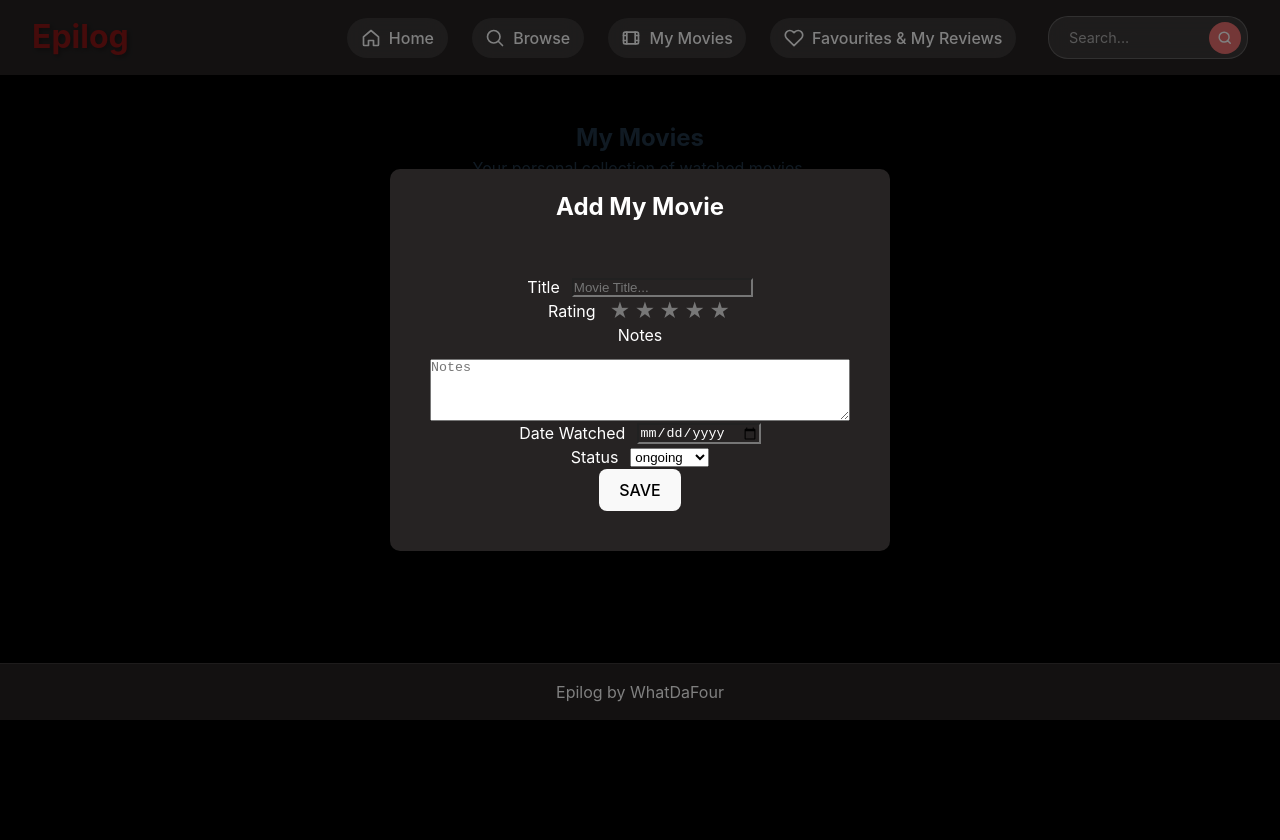
Repository: primcharlin/COMP3170_Epilog
Page: /my-movies, after clicking the first element matching `div.page-section > button`
These files come from the project's save history. The page is drawn as it stood at one moment and after the next save; the edit follows.
The browser window is 1280 px wide. The pictures show the whole page.
The project was rebuilt for these pictures with package versions that can differ from the ones it lists, and the page was loaded fresh each time. Also part of the build but not shown: vite.config.js, src/pages/Home.jsx, src/pages/Browse.jsx, src/pages/FavouritesReviews.jsx.

Above is the page before, as saved 2025-10-05 10:23:37.

### index.html
<!doctype html>
<html lang="en">
  <head>
    <meta charset="UTF-8" />
    <link rel="icon" type="image/svg+xml" href="/vite.svg" />
    <meta name="viewport" content="width=device-width, initial-scale=1.0" />
    <title>Epilog</title>
  </head>
  <body>
    <div id="root"></div>
    <script type="module" src="/src/main.jsx"></script>
  </body>
</html>

### src/App.jsx
import "./App.css";
import Header from "./components/Header";
import Footer from "./components/Footer";
import { BrowserRouter, Routes, Route } from "react-router-dom";
import Home from "./pages/Home";
import Browse from "./pages/Browse";
import MyMovies from "./pages/MyMovies";
import FavouritesReviews from "./pages/FavouritesReviews";

function App() {
    return (
        <BrowserRouter>
            <div className='page'>
                <Header />
                <Routes>
                    <Route
                        path='/'
                        element={<Home />}
                    />
                    <Route
                        path='/browse'
                        element={<Browse />}
                    />
                    <Route
                        path='/my-movies'
                        element={<MyMovies />}
                    />
                    <Route
                        path='/favourites-myreviews'
                        element={<FavouritesReviews />}
                    />
                </Routes>
                <Footer />
            </div>
        </BrowserRouter>
    );
}

export default App;

### src/App.css
#root {
    margin: 0;
    padding: 0;
    width: 100%;
    min-height: 100vh;
}

* {
    margin: 0;
    padding: 0;
    box-sizing: border-box;
}

body {
    margin: 0;
    padding-top: 120px; /* Add padding to account for fixed header */
    font-family: -apple-system, BlinkMacSystemFont, "Segoe UI", "Roboto",
        "Oxygen", "Ubuntu", "Cantarell", "Fira Sans", "Droid Sans",
        "Helvetica Neue", sans-serif;
    -webkit-font-smoothing: antialiased;
    -moz-osx-font-smoothing: grayscale;
    text-align: center;
    background-color: #000000;
    min-height: 100vh;
}

.page {
    min-height: calc(100vh - 120px); /* account for fixed header padding */
    display: flex;
    flex-direction: column;
}

/* Footer Styles */
.footer {
    margin-top: 4rem;
    background: #262323;
    color: white;
    padding: 1rem 2rem;
    text-align: center;
    border-top: 1px solid rgba(255, 255, 255, 0.1);
    margin-top: auto;
}

/* Header Styles */
.header {
    background: #262323;
    color: white;
    padding: 1rem 2rem;
    width: 100%;
    display: flex;
    flex-direction: row;
    justify-content: space-between;
    align-items: center;
    box-shadow: 0 2px 10px rgba(0, 0, 0, 0.1);
    position: fixed;
    top: 0;
    left: 0;
    z-index: 1000;
}

.header h1 {
    margin: 0;
    font-size: 2rem;
    font-weight: 700;
    color: #8b1616;
    text-shadow: 2px 2px 4px rgba(0, 0, 0, 0.3);
}

.header-right {
    display: flex;
    align-items: center;
    gap: 2rem;
}

.header nav ul {
    list-style: none;
    padding: 0;
    margin: 0;
    display: flex;
    gap: 1.5rem;
}

.header nav ul li a {
    color: white;
    text-decoration: none;
    font-weight: 500;
    padding: 0.5rem 0.85rem;
    border-radius: 25px;
    transition: all 0.3s ease;
    background: rgba(255, 255, 255, 0.1);
    backdrop-filter: blur(10px);
    display: inline-flex;
    align-items: center;
    gap: 0.5rem;
}

.header nav ul li a:hover {
    background: rgba(255, 255, 255, 0.2);
    transform: translateY(-2px);
    box-shadow: 0 4px 15px rgba(0, 0, 0, 0.2);
}

.header nav ul li a svg {
    width: 20px;
    height: 20px;
    color: currentColor;
}

/* Header Search Bar Styles */
.header-search-container {
    display: flex;
    align-items: center;
}

.header-search-form {
    width: 100%;
}

.header-search-wrapper {
    position: relative;
    display: flex;
    align-items: center;
    background: rgba(255, 255, 255, 0.1);
    border-radius: 20px;
    padding: 0.25rem 0.5rem;
    backdrop-filter: blur(10px);
    border: 1px solid rgba(255, 255, 255, 0.2);
    transition: all 0.3s ease;
    width: 200px;
    min-height: 36px;
}

.header-search-wrapper:focus-within {
    background: rgba(255, 255, 255, 0.15);
    border-color: #e96e6e;
    box-shadow: 0 0 10px rgba(233, 110, 110, 0.3);
}

.header-search-input {
    flex: 1;
    background: transparent;
    border: none;
    outline: none;
    color: white;
    font-size: 0.9rem;
    padding: 0.5rem 2.25rem 0.5rem 0.75rem; /* add right padding for button */
    font-family: inherit;
}

.header-search-input::placeholder {
    color: rgba(255, 255, 255, 0.6);
}

.header-search-button {
    position: absolute;
    right: 6px;
    top: 50%;
    transform: translateY(-50%);
    background: #e96e6e;
    border: none;
    border-radius: 999px;
    width: 32px;
    height: 32px;
    aspect-ratio: 1 / 1;
    padding: 0;
    display: flex;
    align-items: center;
    justify-content: center;
    cursor: pointer;
    transition: all 0.3s ease;
    color: white;
}

.header-search-button svg {
    width: 14px;
    height: 14px;
    color: inherit;
}
.header-search-button svg path {
    stroke: #ffffff;
    fill: none;
    stroke-width: 2.5;
}

.header-search-button:hover {
    background: #d55a5a;
}

.header-search-button:active {
    transform: scale(0.95);
}

h1 {
    margin-top: 4rem;
    font-size: 4rem;
    font-weight: 700;
    color: white;
    text-shadow: 2px 2px 4px rgba(0, 0, 0, 0.3);
    line-height: 1.2;
}

.catalog-text {
    color: #e96e6e;
}

h3 {
    margin-top: 2rem;
    font-size: 1.2rem;
    font-weight: 400;
    color: #aaaaaa;
    text-align: center;
    line-height: 1.6;
    max-width: 600px;
    margin-left: auto;
    margin-right: auto;
}

/* Search Bar Styles */
.search-bar-container {
    margin-top: 3rem;
    display: flex;
    justify-content: center;
    align-items: center;
}

.search-form {
    width: 100%;
    max-width: 500px;
}

.search-input-wrapper {
    position: relative;
    display: flex;
    align-items: center;
    background: rgba(255, 255, 255, 0.1);
    border-radius: 25px;
    padding: 0.5rem;
    backdrop-filter: blur(10px);
    border: 1px solid rgba(255, 255, 255, 0.2);
    transition: all 0.3s ease;
}

.search-input-wrapper:focus-within {
    background: rgba(255, 255, 255, 0.15);
    border-color: #e96e6e;
    box-shadow: 0 0 20px rgba(233, 110, 110, 0.3);
}

.search-input {
    flex: 1;
    background: transparent;
    border: none;
    outline: none;
    color: white;
    font-size: 1rem;
    padding: 0.75rem 1rem;
    font-family: inherit;
}

.search-input::placeholder {
    color: rgba(255, 255, 255, 0.6);
}

.search-button {
    background: #e96e6e;
    border: none;
    border-radius: 999px;
    width: 56px;
    height: 56px;
    display: flex;
    align-items: center;
    justify-content: center;
    cursor: pointer;
    transition: all 0.3s ease;
    color: white;
}

.search-button svg {
    width: 36px;
    height: 36px;
    color: inherit;
    display: block; /* avoid inline baseline shifting */
}
.search-button svg path {
    stroke: #ffffff;
    fill: none;
    stroke-width: 2.5;
}

.search-button:hover {
    background: #d55a5a;
    transform: scale(1.05);
}

.search-button:active {
    transform: scale(0.95);
}

/* Modal Styles */
.modal-backdrop {
    position: fixed;
    top: 0;
    left: 0;
    width: 100%;
    height: 100%;
    background-color: rgba(0, 0, 0, 0.5);
    display: flex;
    align-items: center;
    justify-content: center;
    z-index: 2000;
}

.modal-content {
    background-color: #262323;
    color: white;
    border-radius: 10px;
    padding: 20px;
    max-width: 500px;
    margin: 0 auto;
    width: 90%;
}

.modal-header {
    border-bottom: none;
    padding-bottom: 10px;
    margin-bottom: 20px;
}

.modal-body {
    padding: 20px;
}

/* Form Styles */
.form-container {
    display: flex;
    flex-direction: column;
    gap: 20px;
}

.form-control input {
    background-color: #262323;
    color: white;
}

.form-control {
    display: flex;
    align-items: center;
    justify-content: center;
    gap: 12px;
}

.form-control label {
    display: block;
}

.form-control--stack {
    flex-direction: column;
    align-items: stretch;
}

/* Rating styles */
.rating-group {
    display: flex;
    gap: 0;
}

.rating-star {
    background: transparent;
    border: none;
    cursor: pointer;
    font-size: 1.25rem;
    color: #777777;
    padding: 2px;
    line-height: 1;
}

.rating-star.active {
    color: #e6b800;
}

### src/components/Header.jsx
import React from "react";
import { Link } from "react-router-dom";
import HeaderSearchBar from "./HeaderSearchBar";

const Header = () => {
    return (
        <header className='header'>
            <h1>Epilog</h1>
            <div className='header-right'>
                <nav>
                    <ul>
                        <li>
                            <Link to='/'>
                                {/* Home icon */}
                                <svg
                                    width='20'
                                    height='20'
                                    viewBox='0 0 24 24'
                                    fill='none'
                                    xmlns='http://www.w3.org/2000/svg'>
                                    <path
                                        d='M3 10.75L12 3l9 7.75V20a1 1 0 0 1-1 1h-5v-6H9v6H4a1 1 0 0 1-1-1v-9.25Z'
                                        stroke='currentColor'
                                        strokeWidth='2'
                                        strokeLinecap='round'
                                        strokeLinejoin='round'
                                    />
                                </svg>
                                <span>Home</span>
                            </Link>
                        </li>
                        <li>
                            <Link to='/browse'>
                                {/* Browse (search) */}
                                <svg
                                    width='20'
                                    height='20'
                                    viewBox='0 0 24 24'
                                    fill='none'
                                    xmlns='http://www.w3.org/2000/svg'>
                                    <path
                                        d='M21 21l-4.5-4.5M18 10.5a7.5 7.5 0 1 1-15 0 7.5 7.5 0 0 1 15 0Z'
                                        stroke='currentColor'
                                        strokeWidth='2'
                                        strokeLinecap='round'
                                        strokeLinejoin='round'
                                    />
                                </svg>
                                <span>Browse</span>
                            </Link>
                        </li>
                        <li>
                            <Link to='/my-movies'>
                                {/* My Movies (film) */}
                                <svg
                                    width='20'
                                    height='20'
                                    viewBox='0 0 24 24'
                                    fill='none'
                                    xmlns='http://www.w3.org/2000/svg'>
                                    <rect
                                        x='3'
                                        y='5'
                                        width='18'
                                        height='14'
                                        rx='2'
                                        stroke='currentColor'
                                        strokeWidth='2'
                                    />
                                    <path
                                        d='M7 5v14M17 5v14M3 9h4M17 9h4M3 15h4M17 15h4'
                                        stroke='currentColor'
                                        strokeWidth='2'
                                        strokeLinecap='round'
                                    />
                                </svg>
                                <span>My Movies</span>
                            </Link>
                        </li>
                        <li>
                            <Link to='/favourites-myreviews'>
                                {/* Favourites & My Reviews (heart) */}
                                <svg
                                    width='20'
                                    height='20'
                                    viewBox='0 0 24 24'
                                    fill='none'
                                    xmlns='http://www.w3.org/2000/svg'>
                                    <path
                                        d='M20.84 4.61a5.5 5.5 0 0 0-7.78 0L12 5.67l-1.06-1.06a5.5 5.5 0 0 0-7.78 7.78L12 21.23l8.84-8.84a5.5 5.5 0 0 0 0-7.78Z'
                                        stroke='currentColor'
                                        strokeWidth='2'
                                        strokeLinecap='round'
                                        strokeLinejoin='round'
                                    />
                                </svg>
                                <span>Favourites & My Reviews</span>
                            </Link>
                        </li>
                    </ul>
                </nav>
                <HeaderSearchBar />
            </div>
        </header>
    );
};

export default Header;

### src/components/Footer.jsx
import React from "react";

const Footer = () => {
    return (
        <footer className='footer'>
            <p>Epilog by WhatDaFour</p>
        </footer>
    );
};

export default Footer;

### src/pages/MyMovies.jsx
import React, { useState } from "react";
import Modal from "../components/Modal";
import AddMyMovie from "../components/AddMyMovie";

const MyMovies = () => {
    const [isAddModalOpen, setIsAddModalOpen] = useState(false);

    return (
        <div className='page-section'>
            <h2>My Movies</h2>
            <p>Your personal collection of watched movies.</p>
            <button onClick={() => setIsAddModalOpen(true)}>Add</button>

            <Modal
                isOpen={isAddModalOpen}
                onClose={() => setIsAddModalOpen(false)}
                title="Add My Movie"
            >
                <AddMyMovie />
            </Modal>
        </div>
    );
};

export default MyMovies;

### src/components/HeaderSearchBar.jsx
import React, { useState } from "react";

const HeaderSearchBar = () => {
    const [searchTerm, setSearchTerm] = useState("");

    const handleSearch = (e) => {
        e.preventDefault();
        console.log("Header search for:", searchTerm);
        // Add your search logic here
    };

    const handleInputChange = (e) => {
        setSearchTerm(e.target.value);
    };

    return (
        <div className='header-search-container'>
            <form
                onSubmit={handleSearch}
                className='header-search-form'>
                <div className='header-search-wrapper'>
                    <input
                        type='text'
                        placeholder='Search...'
                        value={searchTerm}
                        onChange={handleInputChange}
                        className='header-search-input'
                    />
                    <button
                        type='submit'
                        className='header-search-button'>
                        <svg
                            width='16'
                            height='16'
                            viewBox='0 0 24 24'
                            fill='none'
                            xmlns='http://www.w3.org/2000/svg'>
                            <path
                                d='M21 21L16.514 16.506L21 21ZM19 10.5C19 15.194 15.194 19 10.5 19C5.806 19 2 15.194 2 10.5C2 5.806 5.806 2 10.5 2C15.194 2 19 5.806 19 10.5Z'
                                stroke='currentColor'
                                strokeWidth='2'
                                strokeLinecap='round'
                                strokeLinejoin='round'
                            />
                        </svg>
                    </button>
                </div>
            </form>
        </div>
    );
};

export default HeaderSearchBar;

### src/components/Modal.jsx
import '../App.css'

function Modal({ isOpen, onClose, children, title }) {
  if (!isOpen) return null;

  return (
    <div className="modal-backdrop" onClick={onClose}>
      <div className="modal-content" onClick={(e) => e.stopPropagation()}>
        <div className="modal-header">
          <h2>{title}</h2>
        </div>
        <div className="modal-body">
          {children}
        </div>
      </div>
    </div>
  );
}

export default Modal;

### src/components/AddMyMovie.jsx
import React, { useState } from "react";

function AddMyMovie() {
    const [rating, setRating] = useState(0);

    const handleSetRating = (value) => {
        setRating(value);
    };

    return (
        <div className="form-container">
            <form>
                <div className="form-control">
                    <label htmlFor="title">Title</label>
                    <input type="text" name="title" placeholder="Movie Title..."/>
                </div>
                <div className="form-control">
                    <label htmlFor="rating">Rating</label>
                    <div role="radiogroup" aria-label="Rating" className="rating-group">
                        {[1,2,3,4,5].map((star) => (
                            <button
                                key={star}
                                type="button"
                                aria-label={`${star} star${star > 1 ? "s" : ""}`}
                                onClick={() => handleSetRating(star)}
                                className={`rating-star ${star <= rating ? "active" : ""}`}
                            >
                                ★
                            </button>
                        ))}
                        <input type="hidden" name="rating" value={rating} />
                    </div>
                </div>
                <div className="form-control form-control--stack">
                    <label htmlFor="notes">Notes</label>
                    <textarea name="notes" placeholder="Notes" rows="4"/>
                </div>
                <div className="form-control">
                    <label htmlFor="date-watched">Date Watched</label>
                    <input type="date" name="date-watched"/>
                </div>
                <div className="form-control">
                    <label htmlFor="status">Status</label>
                    <select name="status" defaultValue="ongoing">
                        <option value="ongoing">ongoing</option>
                        <option value="complete">complete</option>
                        <option value="cancelled">cancelled</option>
                    </select>
                </div>
                <button className="save">SAVE</button>
            </form>
        </div>
    );
}

export default AddMyMovie;

### src/components/SearchBar.jsx
import React, { useState } from "react";

const SearchBar = ({ onSearch, placeholder = "Search for movies..." }) => {
    const [searchTerm, setSearchTerm] = useState("");

    const handleSearch = (e) => {
        e.preventDefault();
        if (typeof onSearch === "function") {
            onSearch(searchTerm);
        }
    };

    const handleInputChange = (e) => {
        setSearchTerm(e.target.value);
    };

    return (
        <div className='search-bar-container'>
            <form
                onSubmit={handleSearch}
                className='search-form'>
                <div className='search-input-wrapper'>
                    <input
                        type='text'
                        placeholder={placeholder}
                        value={searchTerm}
                        onChange={handleInputChange}
                        className='search-input'
                    />
                    <button
                        type='submit'
                        className='search-button'>
                        <svg
                            width='20'
                            height='20'
                            viewBox='0 0 24 24'
                            fill='none'
                            xmlns='http://www.w3.org/2000/svg'>
                            <path
                                d='M21 21L16.514 16.506L21 21ZM19 10.5C19 15.194 15.194 19 10.5 19C5.806 19 2 15.194 2 10.5C2 5.806 5.806 2 10.5 2C15.194 2 19 5.806 19 10.5Z'
                                stroke='currentColor'
                                strokeWidth='2'
                                strokeLinecap='round'
                                strokeLinejoin='round'
                            />
                        </svg>
                    </button>
                </div>
            </form>
        </div>
    );
};

export default SearchBar;

Loaded but not shown: src/main.jsx (common file); src/index.css (common file)

After the next save:
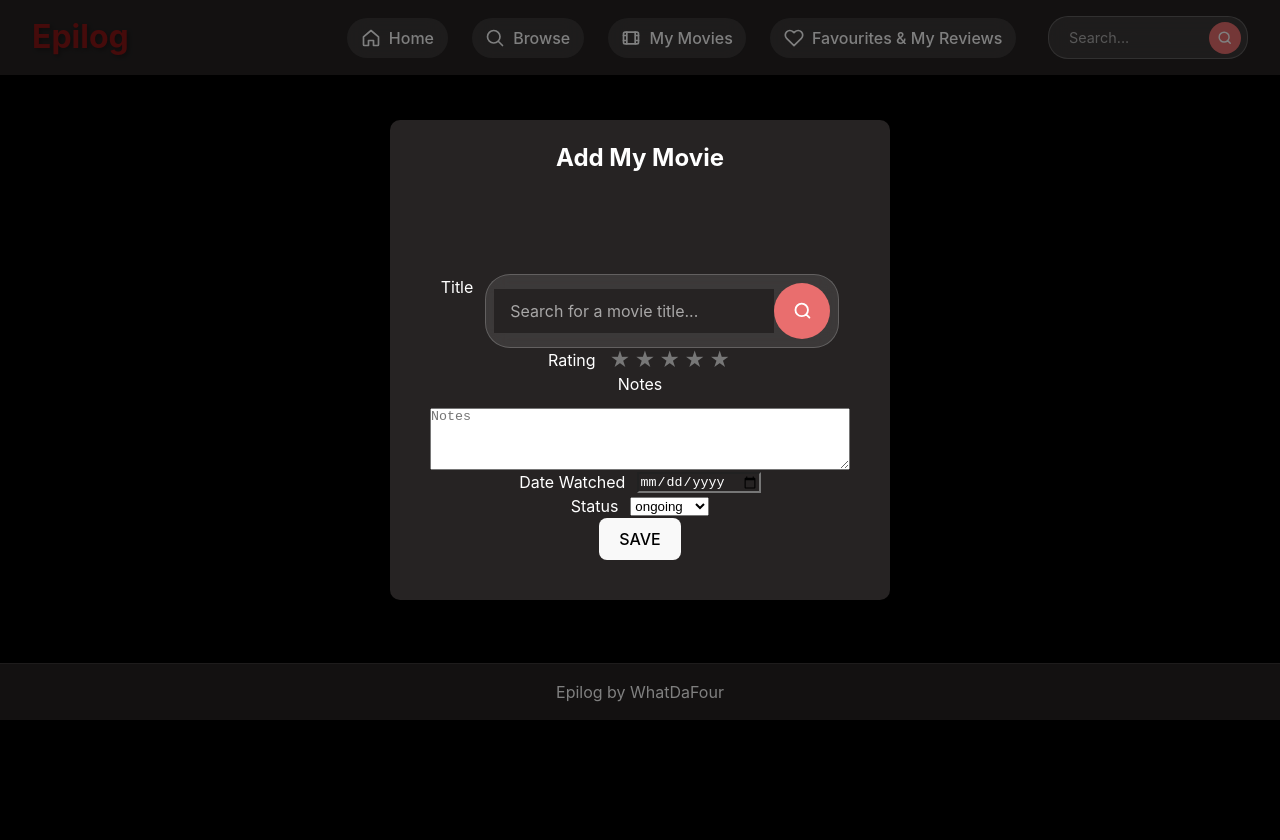
Saved 14 s later.
--- a/src/components/AddMyMovie.jsx
+++ b/src/components/AddMyMovie.jsx
@@ -1,4 +1,5 @@
 import React, { useState } from "react";
+import SearchBar from "./SearchBar";
 
 function AddMyMovie() {
     const [rating, setRating] = useState(0);
@@ -7,12 +8,29 @@
         setRating(value);
     };
 
+    const [selectedMovie, setSelectedMovie] = useState(null);
+
+    const handleSearchSubmit = async (term) => {
+        // Placeholder: in a real app, query API by term.
+        // For now, just set a mock selected movie using the term as title.
+        setSelectedMovie({
+            title: term,
+            posterUrl: "https://via.placeholder.com/200x300?text=Poster",
+        });
+    };
+
     return (
         <div className="form-container">
+            {selectedMovie && (
+                <div className="selected-movie">
+                    <img src={selectedMovie.posterUrl} alt={`${selectedMovie.title} poster`} />
+                    <div className="selected-movie-title">{selectedMovie.title}</div>
+                </div>
+            )}
             <form>
                 <div className="form-control">
                     <label htmlFor="title">Title</label>
-                    <input type="text" name="title" placeholder="Movie Title..."/>
+                    <SearchBar onSearch={handleSearchSubmit} placeholder="Search for a movie title..." />
                 </div>
                 <div className="form-control">
                     <label htmlFor="rating">Rating</label>
